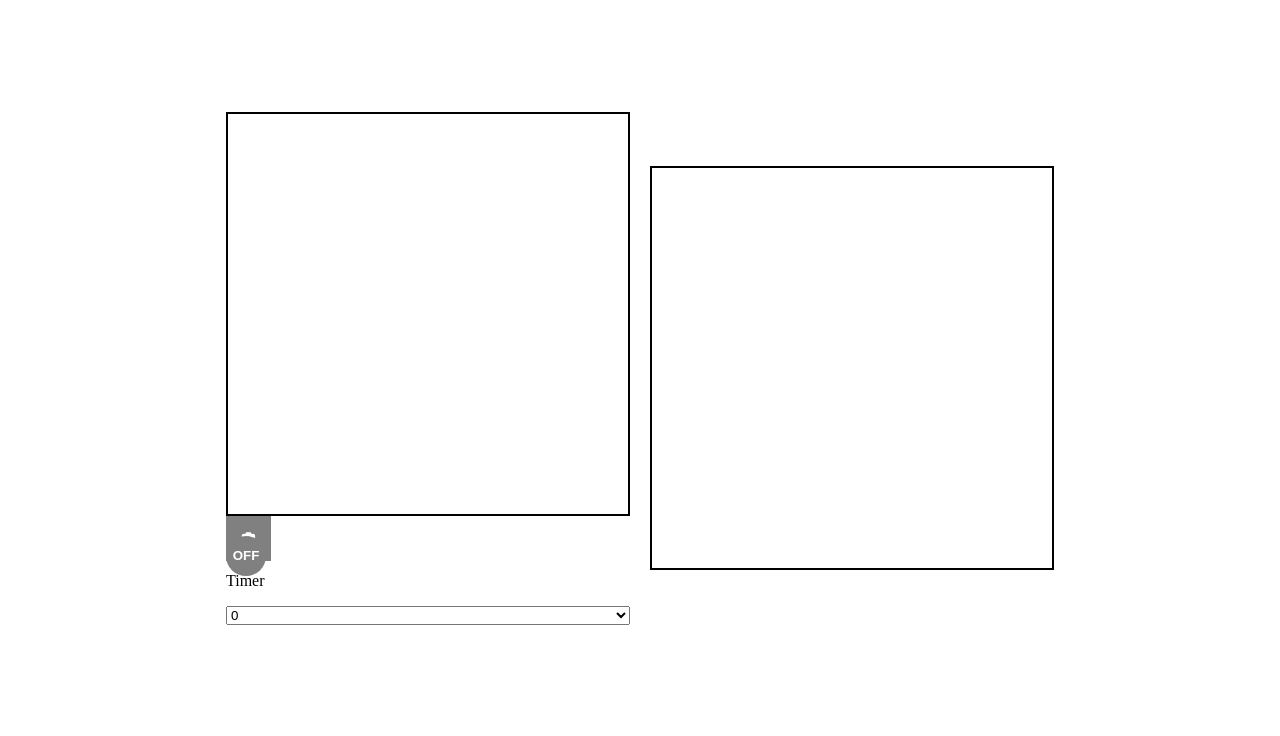
Repository: dmpelaez/photoBoothy
Page: Photobooth.html
An editor plug-in stored every save of this project. The page is shown before and after the next save, followed by the edit.
The browser window is 1280 px wide. The pictures show the whole page.
Some web libraries are served in a nearby version.

Above is the page before, as saved 2025-12-16 23:13:39.

### Photobooth.html
<!DOCTYPE html>

  <html>

    <head>

      <title>Photobooth</title>
      <!--CSS link-->
      <link rel="stylesheet" href="https://cdnjs.cloudflare.com/ajax/libs/font-awesome/7.0.1/css/all.min.css">
      <link rel="stylesheet" href="Photobooth.css">
    </head>
    <body>
      <div class="container">

        <div class="timer"></div>

        <video autoplay id="video">

        </video>
        <button id="photo-btn" ><i class="fa-solid fa-camera"></i></button>
        <button id="btn-toggle">OFF</button>
        <p class="timerchoose">Timer</p>
        <select class="select" value="">
          <option value="0">0</option>
          <option  value="3">3 seconds</option>
          <option  value="5">5 seconds</option>
          <option value="7">7 seconds</option>
          <option  value="10">10 seconds</option>
        </select>

      </div>

      <canvas id="canvas-image"></canvas>
      <script src="Photobooth.js"></script>
    </body>

  </html>

### Photobooth.css
body {
  display: Flex;
  align-items: center;
  justify-content: center;
  HEIGHT: 100VH;
  flex-direction: row;
  gap: 20px;
}

.container {
  display: grid;
  grid-template-columns: 1fr ;
   grid-template-rows: 1fr 20px 20px;
}
#video,
#canvas-image {
  border: 2px solid black;
  height: 400px;
  width: 400px;
}
#video {
  display: grid;
}
#btn-toggle {

  background: gray;
  border: none;
  border-radius: 50%;
  height: 40px;
  width: 40px;
  color: white;
  font-weight: bold;
  font-family: arial;
  cursor: pointer;
}
#photo-btn {


  height: 45px;
  width: 45px;
  border: none;
  background: gray;
  cursor: pointer;
}
#photo-btn i {
  color: white;
}
.timer {
display: none;

}

.timerPhoto {
  background: black;
  height: 50px;
  width: 50px;
  color: white;
  display: flex;
  align-items: center;
  justify-content: center;
   position: absolute;
  left: 35%;
  bottom: 69.5%;
}

### Photobooth.js
//To make the video appear in html
//I use <video></video> html element
const video = document.getElementById('video');
//canvas element is where the photos will appear
const canvas = document.getElementById('canvas-image');
const btn = document.getElementById('photo-btn');
//I set the canvas into 2d to get the copy
//of the photo taken
const context = canvas.getContext('2d');


//I use navigator.mediDevices.getUsermedia
//to get access on the camera by allowing the
//video and use it to assigned as value of
//video element

///-----------------------------------------------------------------///
//Default value false
let isVideo = false;


//This is a btn for on and off to the camera
document.getElementById('btn-toggle')
.addEventListener('click', () => {

  //Condition where it looks for the opposite
  //value of isVideo by using NOT operator
  //which will result to having a value of TRUE
  if (!isVideo) {
  //once it becomes true
  //navigator.mediaDevices.getUserMedia will activate
  //and the access to video will open
  navigator.mediaDevices.getUserMedia({video: true})
  .then((stream) => {
  //access to camera
  video.srcObject = stream;
  //btn ON
   document.getElementById('btn-toggle').innerHTML = 'ON';
   //Value was change to true
   //so once the btn is click again
   //the else if is the one that will be open
     isVideo = true;

  });
} else if (isVideo) {
  //access to camera again
 navigator.mediaDevices.getUserMedia({video: true})
  .then((stream) => {
    //To stop the camera access
    stream.getTracks().forEach(track => track.stop());
    //To stop the webcam light we need to track all
    //the access video.srcObject have
    for (const track of video.srcObject.getTracks()) {
      track.stop();
    }
    //no value
    stream = null;
    //no value
   video.srcObject = null;
   //Display btn as OFF
   document.getElementById('btn-toggle').innerHTML = 'OFF';
   //Value is changed to false
   isVideo = false;

  })

}
console.log(isVideo);
});

///------------------------------------------------------------///
//capturePhoto is a function where
// the canvas width and height have the
// values of videos'
//and context.drawImage capture everything
//and replicate the videos into photo
//and before that we change its value
//to the canvas.getContext('2d')
function capturePhoto() {
  //the value canvas width and height
  // is the same as the video width and height;
  canvas.width = video.videoWidth;
  canvas.height = video.videoHeight;

  //
  context.drawImage(video, 0, 0, canvas.width, canvas.height);
}

///------------------------------------------------------------------------///
//btn for camera to capture
btn.addEventListener('click', () => {
//Finally after minutes of thinking how
//to activate the timer if the camera is open

//This will only activate if the isVideo value
// is true but its default value stop it from triggering
//the settimer() because it didn't meet the condition
if (isVideo === true) {
settimer();

}
})

document.body.addEventListener('keydown', (event) => {
  if (event.code === 'Space') {
    if (isVideo === true) {
      settimer();
  }
 }
})

///-----------------------------------------------------------------////








//Timer default setTime
let timer = 0;
//Time interval default value;
let timeInterval = null;
//Get the class selector of select element
const setTime = document.querySelector('.select');
//Use it to get the value from options
//using the eventlistener
//and reassinged the value of timer
//based on the selected value
setTime.addEventListener('change', () => {
  timer = Number(setTime.value);
})

//This is timer function
// where after five seconds
//it will capture a picture
function settimer() {
  //ClearInterval to clear the previous time
  clearInterval(timeInterval);

 //variable timeChange is assign to the value of timer
 let timeChange = timer;
  const timer2 =  document.querySelector('.timer');
  //Use if condition to trigger the funtions inside
  if (timeChange > 0) {
    console.log(timeChange);

    //timeInterval value is reassigned to setInterval
    timeInterval = setInterval(() => {
      //where the class for display of timer is added
      timer2.classList.add("timerPhoto");
      //and display it to see
       document.querySelector('.timer').innerHTML = timeChange;
       //Use if statement
       //where if the timer is equal to 0
       //it will clear the timeInterval which is this
       //part of the function to reset the timer
       //and remove the display
       //and also capture the image
       if (timeChange === 0) {
        clearInterval(timeInterval);
        capturePhoto();

        timer2.classList.remove("timerPhoto");
       }
       //Time is dropping only until it
       //reaches 0 because the if statement condition
       // remove all this part after reaching the time 0

       timeChange --;

    }, 1000);


  } else  {
    //Optional but to make sure
    //the photo is captured
    capturePhoto();

  }
}

After the next save:
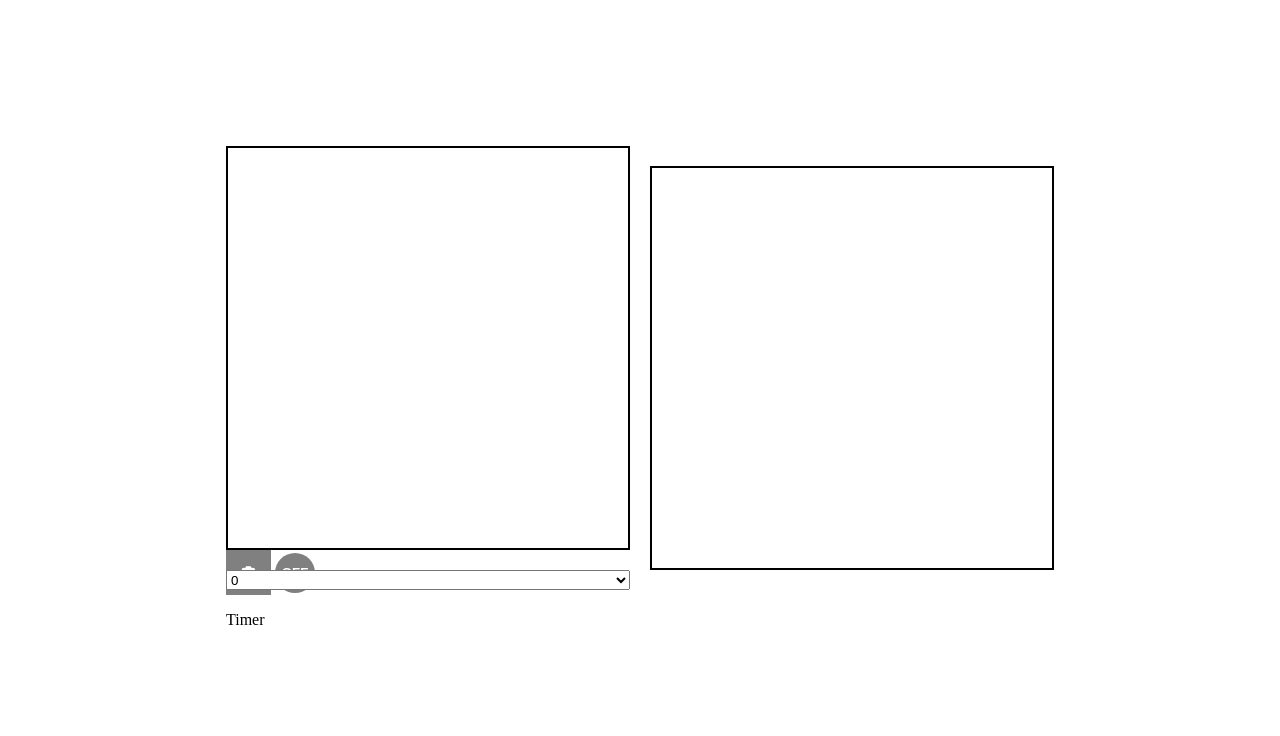
Saved 39 s later.
--- a/Photobooth.html
+++ b/Photobooth.html
@@ -17,9 +17,12 @@
         <video autoplay id="video">
 
         </video>
-        <button id="photo-btn" ><i class="fa-solid fa-camera"></i></button>
-        <button id="btn-toggle">OFF</button>
-        <p class="timerchoose">Timer</p>
+        <div class="container2">
+          <button id="photo-btn" ><i class="fa-solid fa-camera"></i></button>
+          <button id="btn-toggle">OFF</button>
+          <p class="timerchoose">Timer</p>
+        </div>
+
         <select class="select" value="">
           <option value="0">0</option>
           <option  value="3">3 seconds</option>
